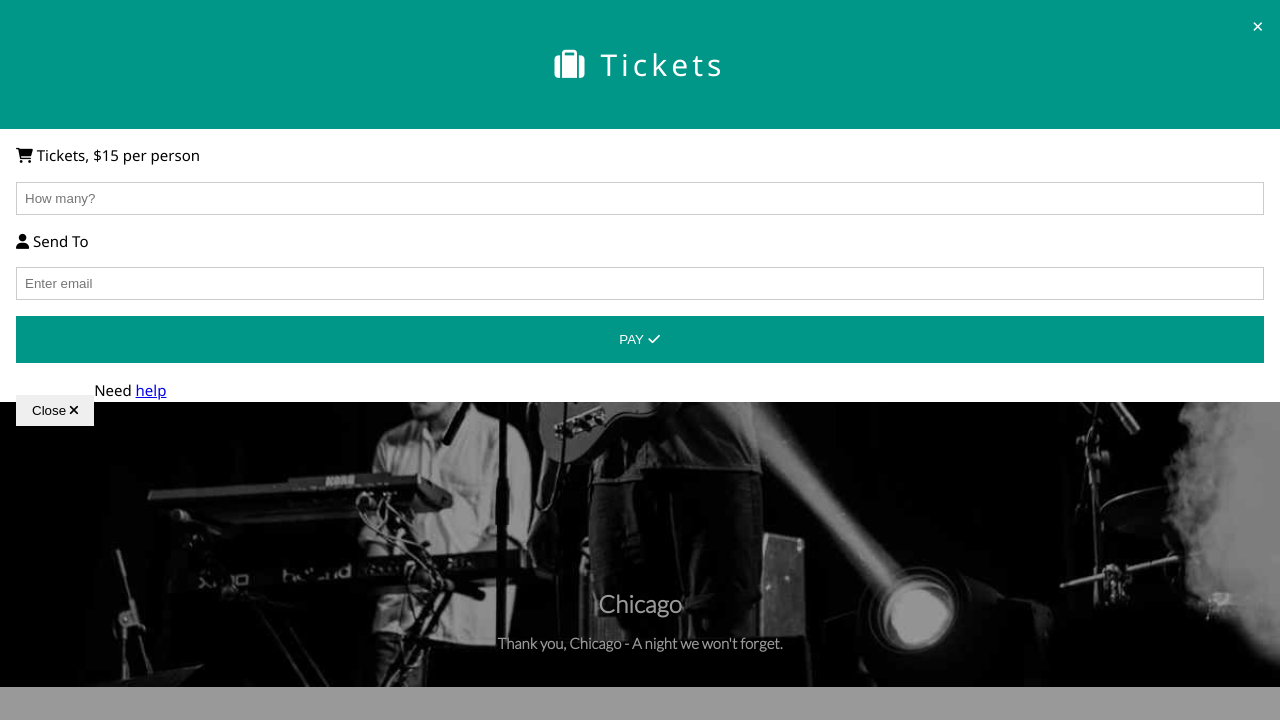
Repository: vanmanhAI/project-03-w3
Page: index.html
The author's editor kept a copy of each file at every save. The page is drawn from the files as they stood at one save, then again after a run of saves.
The browser window is 1280 px wide. The pictures show the window.
A layer covers the whole window, so only the first screen is drawn. Some web libraries are served in a nearby version.

Above is the page before, as saved 2022-07-11 16:47:24.

After the next 2 saves:
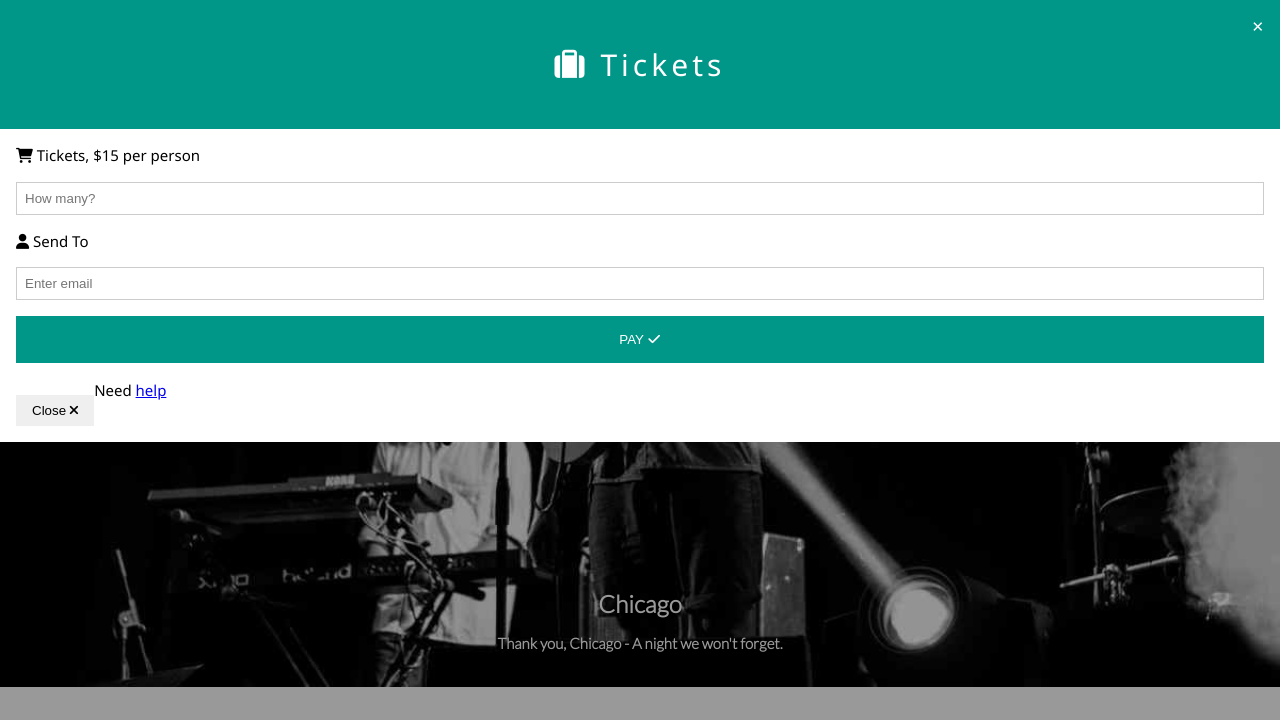
The 2 saves are shown as one change because they came seconds apart.
The last was saved 42 s later.
--- a/assets/css/style.css
+++ b/assets/css/style.css
@@ -306,6 +306,11 @@ html {
     padding: 0.015rem 1.6rem;
     background: #fff;
 }
+.modal-container .modal-body:after {
+    content: "";
+    display: block;
+    clear: both;
+}
 .modal .modal-body .modal-label {
     display: block;
     margin: 1.5rem 0;
